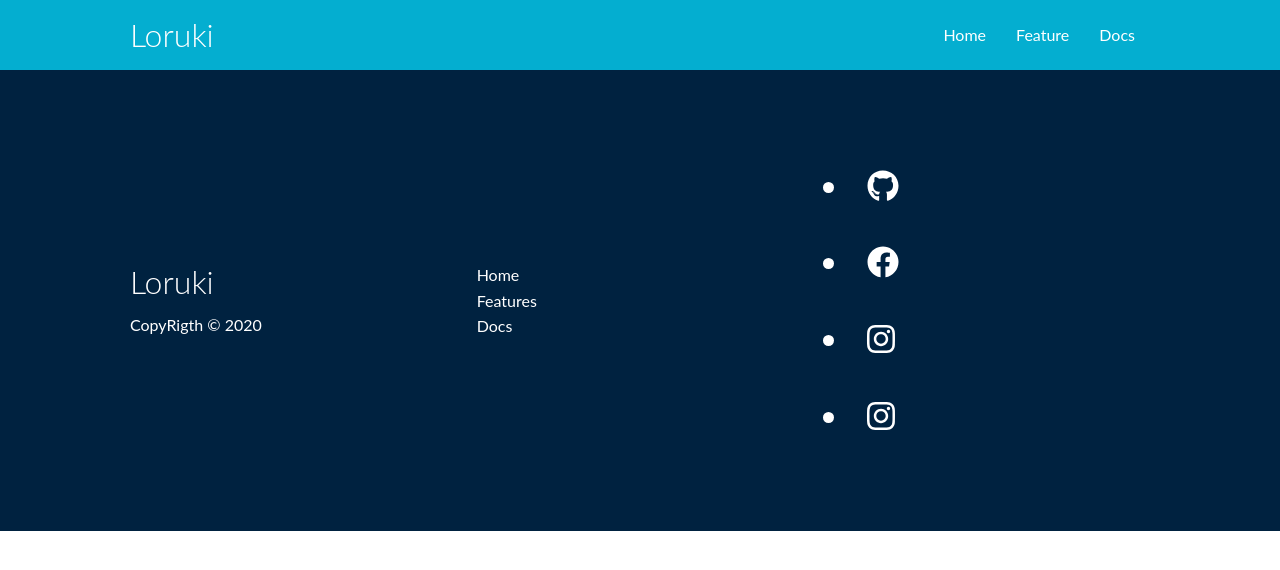
Repository: MosiurRrahman/loruki-app-reactjs
Page: /
The author's editor kept a copy of each file at every save. The page is drawn from the files as they stood at one save, then again after the next save.
The browser window is 1280 px wide. The pictures show the whole page.
The project was rebuilt for these pictures with package versions that can differ from the ones it lists, and the page was loaded fresh each time.

Above is the page before, as saved 2021-10-05 12:28:44.

### src/index.js
import React from 'react';
import ReactDOM from 'react-dom';
import Layout from './components/app';
import './index.css';
// import './utilities';






class Root extends React.Component{
  render(){
    return(
      <Layout></Layout>
    );
  }
}




ReactDOM.render(
  <React.StrictMode>
    <Root />
  </React.StrictMode>,
  document.getElementById('root')
);

### src/components/app.jsx
import { Component } from "react";
import Footer from "./common/Footer";
import Header from "./common/Header";

class Layout extends Component {
  render() {
    return (
      <>
        <Header />
        <Footer />
      </>
    );
  }
}
export default Layout;

### src/index.css
/* all css imported */

@import url("./assets/css/main");
@import url("./assets/css/utilities");

### src/components/common/Footer.jsx
import {
  faFacebook,
  faGithub,
  faInstagram,
} from "@fortawesome/free-brands-svg-icons";
import { FontAwesomeIcon } from "@fortawesome/react-fontawesome";
import { Component } from "react";

class Footer extends Component {
  render() {
    return (
      <>
        <footer className="footer bg-dark py-5">
          <div className="container grid grid-3">
            <div>
              <h1>Loruki</h1>
              <p>CopyRigth &copy; 2020</p>
            </div>
            <nav>
              <ul>
                <li>
                  <a href="index.html">Home</a>
                </li>
                <li>
                  <a href="feature.html">Features</a>
                </li>
                <li>
                  <a href="docs.html">Docs</a>
                </li>
              </ul>
            </nav>
            <div className="social">
              <a href="#">
                <li className="fa-2x">
                  <FontAwesomeIcon icon={faGithub} />
                </li>
              </a>
              <a href="#">
                <li className="fa-2x">
                  <FontAwesomeIcon icon={faFacebook} />
                </li>
              </a>
              <a href="#">
                <li className="fa-2x">
                  <FontAwesomeIcon icon={faInstagram} />
                </li>
              </a>
              <a href="#">
                <li className=" fa-2x">
                  <FontAwesomeIcon icon={faInstagram} />
                </li>
              </a>
            </div>
          </div>
        </footer>
      </>
    );
  }
}
export default Footer;

### src/components/common/Header.jsx
import { Component } from "react";

class Header extends Component {
  render() {
    return (
      <>
        <div className="navbar">
          <div className="container flex">
            <h1 className="logo">Loruki</h1>
            <nav>
              <ul>
                <li>
                  <a href="index.html">Home</a>
                </li>
                <li>
                  <a href="feature.html">Feature</a>
                </li>
                <li>
                  <a href="docs.html">Docs</a>
                </li>
              </ul>
            </nav>
          </div>
        </div>
      </>
    );
  }
}
export default Header;

### src/assets/css/main.css
:root {
  --primary-color: #04aed0;
  --secondry-color: #04a1c0;
  --dark-color: #002240;
  --light-color: #f4f4ff;
  --success-color: #5cb85c;
  --error-color: #d9534f;
}

* {
  box-sizing: border-box;
  margin: 0;
  padding: 0;
}

body {
  font-family: "lato", sans-serif;
  color: #333333;
  line-height: 1.6;
}

ul {
  list-style-type: none;
}

a {
  text-decoration: none;
  color: #333333;
}

h1,
h2 {
  font-weight: 300;
  line-height: 1.2;
  margin: 10px 0;
}

p {
  margin: 10px 0;
}

img {
  width: 100%;
}

code,
pre {
  background: #333;
  color: #fff;
  padding: 10px;
}

.hidden {
  visibility: hidden;
  height: 0;
}

/* === navbar style === */

.navbar {
  background-color: var(--primary-color);
  color: #ffffff;
  height: 70px;
}

.navbar .flex {
  justify-content: space-between;
}

.navbar ul {
  display: flex;
}

.navbar ul a {
  padding: 10px;
  margin: 0 5px;
  color: #fff;
  transition: 0.3s;
}

.navbar ul a:hover {
  border-bottom: 2px solid #fff;
}

/* === Showcase style === */

.showcase {
  height: 400px;
  background-color: var(--primary-color);
  color: #fff;
  position: relative;
}

.showcase h1 {
  font-size: 40px;
}

.showcase p {
  margin: 20px 0;
}

.showcase .grid {
  overflow: visible;
  grid-template-columns: 55% 45%;
  gap: 30px;
}

body {
  overflow-x: hidden;
}

.showcase-form {
  position: relative;
  top: 60px;
  height: 350px;
  max-width: 400px;
  padding: 40px;
  z-index: 100;
  animation: slideInFromRight 1s ease-in;
}

.showcase-text {
  animation: slideInFromLeft 1s ease-in;
}

.showcase .form-control {
  margin: 30px 0;
}

.showcase input[type="text"],
.showcase input[type="email"] {
  border: 0;
  border-bottom: 1px solid #b4becb;
  width: 100%;
  padding: 3px;
  font-size: 16px;
}

.showcase-form input:focus {
  outline: none;
}

.showcase::before,
.showcase::after {
  content: "";
  position: absolute;
  height: 100px;
  background: #fff;
  left: 0;
  bottom: -60px;
  right: 0;
  transform: skewY(-3deg);
  --webkit-transform: skewY(-3deg);
  --moz-transform: skewY(-3deg);
  --ms-transform: skewY(-3deg);
}

/* ===stats=== */

.stats {
  padding-top: 100px;
  animation: slideInFromBottom 1s ease-in;
}

.stats-heading {
  max-width: 500px;
  margin: auto;
}

.stats .grid h3 {
  font-size: 35px;
}

.stats .grid p {
  font-size: 20px;
  font-weight: bold;
}

/* cli */

.cli .grid {
  grid-template-columns: repeat(3, 1fr);
  grid-template-rows: repeat(2, 1fr);
}

.cli .grid > *:first-child {
  grid-column: 1 / span 2;
  grid-row: 1 / span 2;
}

/* Cloud */

.cloud .grid {
  grid-template-columns: repeat(4fr, 1fr);
}

/* languages */

.languages .flex {
  flex-wrap: wrap;
}

.languages .card {
  text-align: center;
  margin: 18px 10px 40px;
  transition: 0.3s;
}

.languages .card:hover {
  transform: translateY(-15px);
  color: var(--primary-color);
}

.languages .card h4 {
  font-size: 20px;
  margin-bottom: 10px;
}

/* Feature section */

.freatures-head img,
.docs-head img {
  width: 200px;
  justify-self: center;
}

.freatures-sub-head img {
  width: 300px;
  justify-self: flex-end;
}

/* feature main */

.freatures-main .card > i {
  margin-right: 20px;
}

.freatures-main .grid {
  padding: 30px;
}

.freatures-main .grid > *:first-child {
  grid-column: 1 / span 3;
}

.freatures-main .grid > *:nth-child(2) {
  grid-column: 1 / span 2;
}

.freatures-main .grid > *:nth-child(2) {
  justify-content: start;
}

/* dosc */

.docs-main h3 {
  margin: 20px 0;
}

.docs-main .grid {
  grid-template-columns: 1fr 2fr;
  align-items: flex-start;
}

.docs-main nav li {
  font-size: 20px;
  padding-bottom: 5px;
  margin-bottom: 5px;
  border-bottom: 1px solid #ccc;
}

.docs-main nav a:hover {
  color: var(--primary-color);
  font-weight: bold;
}

/* Footer */

.footer .social a {
  margin: 0 10px;
}

.footer .social a li {
  transition: 0.3s;
}

.footer .social a li:hover {
  transform: translateY(-5px);
  color: var(--primary-color);
}

/* Animation */

@keyframes slideInFromLeft {
  0% {
    transform: translateX(-100%);
  }
  100% {
    transform: translateX(0);
  }
}

@keyframes slideInFromRight {
  0% {
    transform: translateX(70%);
  }
  100% {
    transform: translateX(0);
  }
}

@keyframes slideInFromTop {
  0% {
    transform: translateY(-100%);
  }
  100% {
    transform: translateX(0);
  }
}

@keyframes slideInFromBottom {
  0% {
    transform: translateY(100%);
  }
  100% {
    transform: translateX(0);
  }
}

/* ===responsive css ===*/

/* Tablets and under */

@media (max-width: 768px) {
  .grid,
  .showcase .grid,
  .stats .grid,
  .cli .grid,
  .cloud .grid,
  .freature-main .grid,
  .docs-main .grid {
    grid-template-columns: 1fr;
    grid-template-rows: 1fr;
  }
  .showcase {
    height: auto;
  }
  .showcase-text {
    text-align: center;
    margin-top: 40px;
    animation: slideInFromTop 1s ease-in;
  }
  .showcase-form {
    justify-self: center;
    margin: auto;
    animation: slideInFromBottom 1s ease-in;
  }
  .cli .grid > *:first-child {
    grid-column: 1;
    grid-row: 1;
  }
  .freatures-head,
  .freatures-sub-head,
  .docs-head {
    text-align: center;
  }
  .freatures-head img,
  .freatures-sub-head img,
  .docs-head img {
    justify-self: center;
  }
  .freatures-main .grid > *:first-child,
  .freatures-main .grid > *:nth-child(2) {
    grid-column: 1;
  }
}

/* Mobile */

@media (max-width: 500px) {
  .navbar {
    height: 110px;
  }
  .navbar .flex {
    flex-direction: column;
  }
  .navbar ul {
    padding: 10px;
    background: rgba(0, 0, 0, 0.1);
  }
}

/* ===responsive css end ===*/

### src/assets/css/utilities.css
/* === utlities === */

.container {
  max-width: 1100px;
  margin: 0 auto;
  overflow: auto;
  padding: 0 40px;
}

.card {
  background-color: #fff;
  color: #333;
  border-radius: 10px;
  box-shadow: 0 3px 10px rgba(0, 0, 0, 0.2);
  padding: 20px;
  margin: 10px;
}

.card p {
  padding-left: 20px;
}

.btn {
  display: inline-block;
  padding: 10px 30px;
  cursor: pointer;
  background: var(--primary-color);
  color: #fff;
  border: none;
  border-radius: 5px;
  transition: 0.3s;
}

.btn-outline {
  background-color: transparent;
  border: 1px solid #ffffff;
}

.btn:hover {
  transform: translate(5px);
}

/* background and colored buttons */

.btn-primary,
.bg-primary {
  background-color: var(--primary-color);
  color: #ffffff;
}

.btn-secondry,
.bg-secondry {
  background-color: var(--secondry-color);
  color: #ffffff;
}

.btn-dark,
.bg-dark {
  background-color: var(--dark-color);
  color: #ffffff;
}

.btn-light,
.bg-light {
  background-color: var(--light-color);
  color: #333;
}

.btn-primary a,
.bg-primary a,
.btn-secondry a,
.bg-secondry a,
.btn-dark a,
.bg-dark a {
  color: #fff;
}

/* text sizes */

.lead {
  font-size: 20px;
}

.sm {
  font-size: 1rem;
}

.md {
  font-size: 2rem;
}

.lg {
  font-size: 3rem;
}

.xl {
  font-size: 4rem;
}

.text-center {
  text-align: center;
}

.flex {
  display: flex;
  justify-items: center;
  align-items: center;
  height: 100%;
}

.grid {
  display: grid;
  grid-template-columns: repeat(2, 1fr);
  gap: 20px;
  justify-content: center;
  align-items: center;
  height: 100%;
}

.grid-3 {
  grid-template-columns: repeat(3, 1fr);
}

/* alart */

.alert {
  background-color: var(--light-color);
  padding: 10px 20px;
  font-weight: bold;
  margin: 15px 0;
}

.alert i {
  margin-right: 10px;
}

.alert-success {
  background-color: var(--success-color);
  color: #fff;
}

.alert-error {
  background-color: var(--errer-color);
  color: #fff;
}

/* Margin */

.my-1 {
  margin: 1rem 0;
}

.my-2 {
  margin: 1.5rem 0;
}

.my-3 {
  margin: 2rem;
}

.my-4 {
  margin: 3rem 0;
}

.my-5 {
  margin: 4rem 0;
}

.m-1 {
  margin: 1rem;
}

.m-2 {
  margin: 1.5rem;
}

.m-3 {
  margin: 2rem;
}

.m-4 {
  margin: 3rem;
}

.m-5 {
  margin: 4rem;
}

/* padding */

.py-1 {
  padding: 1rem 0;
}

.py-2 {
  padding: 1.5rem 0;
}

.py-3 {
  padding: 2rem;
}

.py-4 {
  padding: 3rem 0;
}

.py-5 {
  padding: 4rem 0;
}

.p-1 {
  padding: 1rem;
}

.p-2 {
  padding: 1.5rem;
}

.p-3 {
  padding: 2rem;
}

.p-4 {
  padding: 3rem;
}

.p-5 {
  padding: 4rem;
}

Loaded but not shown: public/index.html (common file)

After the next save:
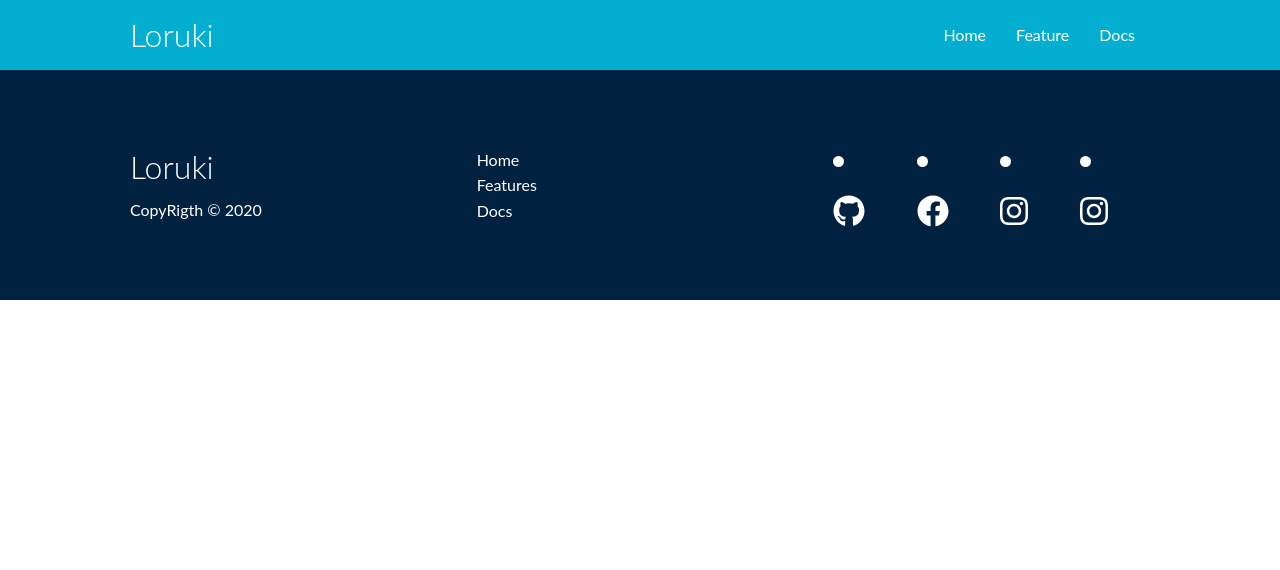
Saved 2 min 2 s later.
--- a/src/assets/css/main.css
+++ b/src/assets/css/main.css
@@ -275,7 +275,9 @@ body {
 }
 
 /* Footer */
-
+.footer .social {
+  display: flex;
+}
 .footer .social a {
   margin: 0 10px;
 }
